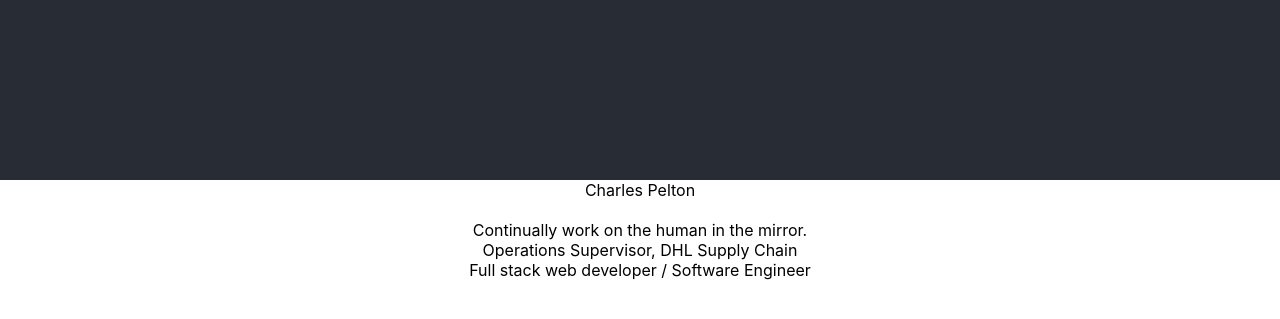
Repository: charliejp0311/PortfolioPage
Page: / (app in portfolio/)
The author's editor kept a copy of each file at every save. The page is drawn from the files as they stood at one save, then again after the next save.
The browser window is 1280 px wide. The pictures show the whole page.
The project was rebuilt for these pictures with package versions that can differ from the ones it lists, and the page was loaded fresh each time.

Above is the page before, as saved 2020-12-03 18:07:04.

After the next save:
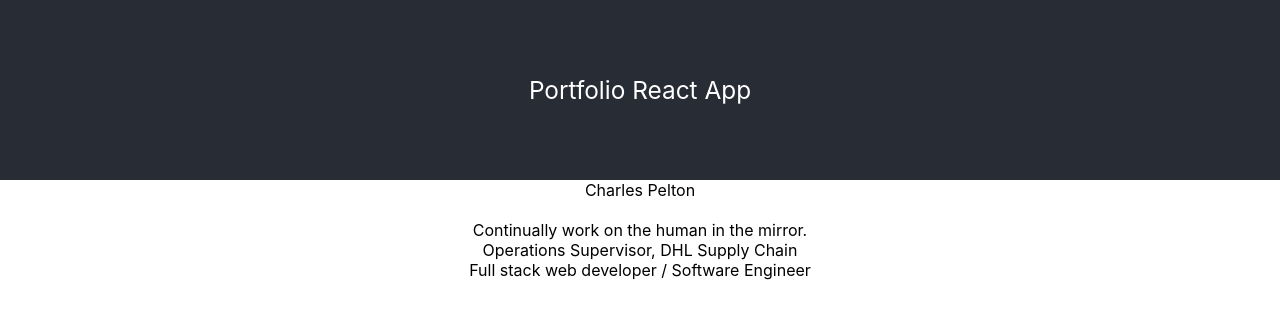
Saved 2 min 11 s later.
--- a/portfolio/src/containers/App.js
+++ b/portfolio/src/containers/App.js
@@ -6,7 +6,7 @@ function App() {
   return (
     <div className="App">
       <header className="App-header">
-
+        Portfolio React App
       </header>
       <Me />
     </div>
